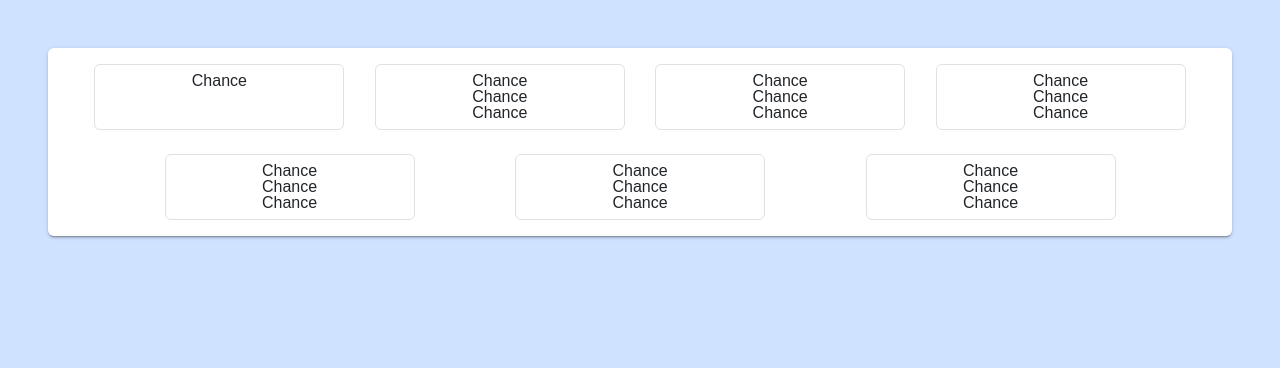
Repository: chancellor-w-whitaker/bec-tab
Page: /
The author's editor kept a copy of each file at every save. The page is drawn from the files as they stood at one save, then again after the next save.
The browser window is 1280 px wide. The pictures show the whole page.
Some web fonts or font styles are not loaded; a fallback is used. The project was rebuilt for these pictures with package versions that can differ from the ones it lists, and the page was loaded fresh each time. Also part of the build but not shown: vite.config.js.

Above is the page before, as saved 2024-01-07 00:12:01.

### src/main.jsx
// Bootstrap Bundle JS
import "bootstrap/dist/js/bootstrap.bundle.min";
// Bootstrap CSS
import "bootstrap/dist/css/bootstrap.min.css";
import ReactDOM from "react-dom/client";
import React from "react";

import App from "./App.jsx";
import "./index.css";

ReactDOM.createRoot(document.getElementById("root")).render(
  <React.StrictMode>
    <App />
  </React.StrictMode>
);

### src/App.jsx
import { useEffect } from "react";

import "./App.css";

const useBodyBgVariant = (bgVariant = "body-tertiary") => {
  useEffect(() => {
    document.body.classList.add(`bg-${bgVariant}`);

    return () => {
      document.body.classList.remove(`bg-${bgVariant}`);
    };
  }, [bgVariant]);
};

const Card = ({
  children = (
    <>
      <div>Chance</div>
      <div>Chance</div>
      <div>Chance</div>
    </>
  ),
  width = 250,
}) => {
  return (
    <>
      <div className="rounded border p-2 lh-1 text-center" style={{ width }}>
        {children}
      </div>
    </>
  );
};

const App = () => {
  useBodyBgVariant("primary-subtle");

  return (
    <>
      <div className="m-3 p-3 bg-body rounded shadow-sm">
        <div className="d-flex flex-wrap justify-content-evenly row-gap-4">
          <Card>
            <div>Chance</div>
          </Card>
          <Card></Card>
          <Card></Card>
          <Card></Card>
          <Card></Card>
          <Card></Card>
          <Card></Card>
        </div>
      </div>
    </>
  );
};

export default App;

### src/index.css
@font-face {
  font-family: poppins;
  font-style: normal;
  font-weight: 400;
  src: local("Poppins"),
    url(https://fonts.cdnfonts.com/s/16009/Poppins-Regular.woff) format("woff");
}
@font-face {
  font-family: poppins;
  font-style: normal;
  font-weight: 400;
  src: local("Poppins"),
    url(https://fonts.cdnfonts.com/s/16009/Poppins-Regular.woff) format("woff");
}
@font-face {
  font-family: poppins;
  font-style: italic;
  font-weight: 400;
  src: local("Poppins"),
    url(https://fonts.cdnfonts.com/s/16009/Poppins-Italic.woff) format("woff");
}
@font-face {
  font-family: poppins;
  font-style: italic;
  font-weight: 400;
  src: local("Poppins"),
    url(https://fonts.cdnfonts.com/s/16009/Poppins-Italic.woff) format("woff");
}
@font-face {
  font-family: poppins;
  font-style: normal;
  font-weight: 250;
  src: local("Poppins"),
    url(https://fonts.cdnfonts.com/s/16009/Poppins-Thin.woff) format("woff");
}
@font-face {
  font-family: poppins;
  font-style: normal;
  font-weight: 250;
  src: local("Poppins"),
    url(https://fonts.cdnfonts.com/s/16009/Poppins-Thin.woff) format("woff");
}
@font-face {
  font-family: poppins;
  font-style: italic;
  font-weight: 250;
  src: local("Poppins"),
    url(https://fonts.cdnfonts.com/s/16009/Poppins-ThinItalic.woff)
      format("woff");
}
@font-face {
  font-family: poppins;
  font-style: italic;
  font-weight: 250;
  src: local("Poppins"),
    url(https://fonts.cdnfonts.com/s/16009/Poppins-ThinItalic.woff)
      format("woff");
}
@font-face {
  font-family: poppins;
  font-style: normal;
  font-weight: 275;
  src: local("Poppins"),
    url(https://fonts.cdnfonts.com/s/16009/Poppins-ExtraLight.woff)
      format("woff");
}
@font-face {
  font-family: poppins;
  font-style: normal;
  font-weight: 275;
  src: local("Poppins"),
    url(https://fonts.cdnfonts.com/s/16009/Poppins-ExtraLight.woff)
      format("woff");
}
@font-face {
  font-family: poppins;
  font-style: italic;
  font-weight: 275;
  src: local("Poppins"),
    url(https://fonts.cdnfonts.com/s/16009/Poppins-ExtraLightItalic.woff)
      format("woff");
}
@font-face {
  font-family: poppins;
  font-style: italic;
  font-weight: 275;
  src: local("Poppins"),
    url(https://fonts.cdnfonts.com/s/16009/Poppins-ExtraLightItalic.woff)
      format("woff");
}
@font-face {
  font-family: poppins;
  font-style: normal;
  font-weight: 300;
  src: local("Poppins"),
    url(https://fonts.cdnfonts.com/s/16009/Poppins-Light.woff) format("woff");
}
@font-face {
  font-family: poppins;
  font-style: normal;
  font-weight: 300;
  src: local("Poppins"),
    url(https://fonts.cdnfonts.com/s/16009/Poppins-Light.woff) format("woff");
}
@font-face {
  font-family: poppins;
  font-style: italic;
  font-weight: 300;
  src: local("Poppins"),
    url(https://fonts.cdnfonts.com/s/16009/Poppins-LightItalic.woff)
      format("woff");
}
@font-face {
  font-family: poppins;
  font-style: italic;
  font-weight: 300;
  src: local("Poppins"),
    url(https://fonts.cdnfonts.com/s/16009/Poppins-LightItalic.woff)
      format("woff");
}
@font-face {
  font-family: poppins;
  font-style: normal;
  font-weight: 500;
  src: local("Poppins"),
    url(https://fonts.cdnfonts.com/s/16009/Poppins-Medium.woff) format("woff");
}
@font-face {
  font-family: poppins;
  font-style: normal;
  font-weight: 500;
  src: local("Poppins"),
    url(https://fonts.cdnfonts.com/s/16009/Poppins-Medium.woff) format("woff");
}
@font-face {
  font-family: poppins;
  font-style: italic;
  font-weight: 500;
  src: local("Poppins"),
    url(https://fonts.cdnfonts.com/s/16009/Poppins-MediumItalic.woff)
      format("woff");
}
@font-face {
  font-family: poppins;
  font-style: italic;
  font-weight: 500;
  src: local("Poppins"),
    url(https://fonts.cdnfonts.com/s/16009/Poppins-MediumItalic.woff)
      format("woff");
}
@font-face {
  font-family: poppins;
  font-style: normal;
  font-weight: 600;
  src: local("Poppins"),
    url(https://fonts.cdnfonts.com/s/16009/Poppins-SemiBold.woff) format("woff");
}
@font-face {
  font-family: poppins;
  font-style: normal;
  font-weight: 600;
  src: local("Poppins"),
    url(https://fonts.cdnfonts.com/s/16009/Poppins-SemiBold.woff) format("woff");
}
@font-face {
  font-family: poppins;
  font-style: italic;
  font-weight: 600;
  src: local("Poppins"),
    url(https://fonts.cdnfonts.com/s/16009/Poppins-SemiBoldItalic.woff)
      format("woff");
}
@font-face {
  font-family: poppins;
  font-style: italic;
  font-weight: 600;
  src: local("Poppins"),
    url(https://fonts.cdnfonts.com/s/16009/Poppins-SemiBoldItalic.woff)
      format("woff");
}
@font-face {
  font-family: poppins;
  font-style: normal;
  font-weight: 700;
  src: local("Poppins"),
    url(https://fonts.cdnfonts.com/s/16009/Poppins-Bold.woff) format("woff");
}
@font-face {
  font-family: poppins;
  font-style: normal;
  font-weight: 700;
  src: local("Poppins"),
    url(https://fonts.cdnfonts.com/s/16009/Poppins-Bold.woff) format("woff");
}
@font-face {
  font-family: poppins;
  font-style: italic;
  font-weight: 700;
  src: local("Poppins"),
    url(https://fonts.cdnfonts.com/s/16009/Poppins-BoldItalic.woff)
      format("woff");
}
@font-face {
  font-family: poppins;
  font-style: italic;
  font-weight: 700;
  src: local("Poppins"),
    url(https://fonts.cdnfonts.com/s/16009/Poppins-BoldItalic.woff)
      format("woff");
}
@font-face {
  font-family: poppins;
  font-style: normal;
  font-weight: 800;
  src: local("Poppins"),
    url(https://fonts.cdnfonts.com/s/16009/Poppins-ExtraBold.woff)
      format("woff");
}
@font-face {
  font-family: poppins;
  font-style: normal;
  font-weight: 800;
  src: local("Poppins"),
    url(https://fonts.cdnfonts.com/s/16009/Poppins-ExtraBold.woff)
      format("woff");
}
@font-face {
  font-family: poppins;
  font-style: italic;
  font-weight: 800;
  src: local("Poppins"),
    url(https://fonts.cdnfonts.com/s/16009/Poppins-ExtraBoldItalic.woff)
      format("woff");
}
@font-face {
  font-family: poppins;
  font-style: italic;
  font-weight: 800;
  src: local("Poppins"),
    url(https://fonts.cdnfonts.com/s/16009/Poppins-ExtraBoldItalic.woff)
      format("woff");
}
@font-face {
  font-family: poppins;
  font-style: normal;
  font-weight: 900;
  src: local("Poppins"),
    url(https://fonts.cdnfonts.com/s/16009/Poppins-Black.woff) format("woff");
}
@font-face {
  font-family: poppins;
  font-style: normal;
  font-weight: 900;
  src: local("Poppins"),
    url(https://fonts.cdnfonts.com/s/16009/Poppins-Black.woff) format("woff");
}
@font-face {
  font-family: poppins;
  font-style: italic;
  font-weight: 900;
  src: local("Poppins"),
    url(https://fonts.cdnfonts.com/s/16009/Poppins-BlackItalic.woff)
      format("woff");
}
@font-face {
  font-family: poppins;
  font-style: italic;
  font-weight: 900;
  src: local("Poppins"),
    url(https://fonts.cdnfonts.com/s/16009/Poppins-BlackItalic.woff)
      format("woff");
}

:root,
[data-bs-theme="light"] {
  --bs-font-sans-serif: "Poppins", sans-serif;

  --bs-box-shadow: 0px 3px 3px -2px rgba(0, 0, 0, 0.2),
    0px 3px 4px 0px rgba(0, 0, 0, 0.14), 0px 1px 8px 0px rgba(0, 0, 0, 0.12);
  --bs-box-shadow-sm: 0px 3px 1px -2px rgba(0, 0, 0, 0.2),
    0px 2px 2px 0px rgba(0, 0, 0, 0.14), 0px 1px 5px 0px rgba(0, 0, 0, 0.12);
  --bs-box-shadow-lg: 0px 2px 4px -1px rgba(0, 0, 0, 0.2),
    0px 4px 5px 0px rgba(0, 0, 0, 0.14), 0px 1px 10px 0px rgba(0, 0, 0, 0.12);
}

Loaded but not shown: index.html (common file); src/App.css (common file)

After the next save:
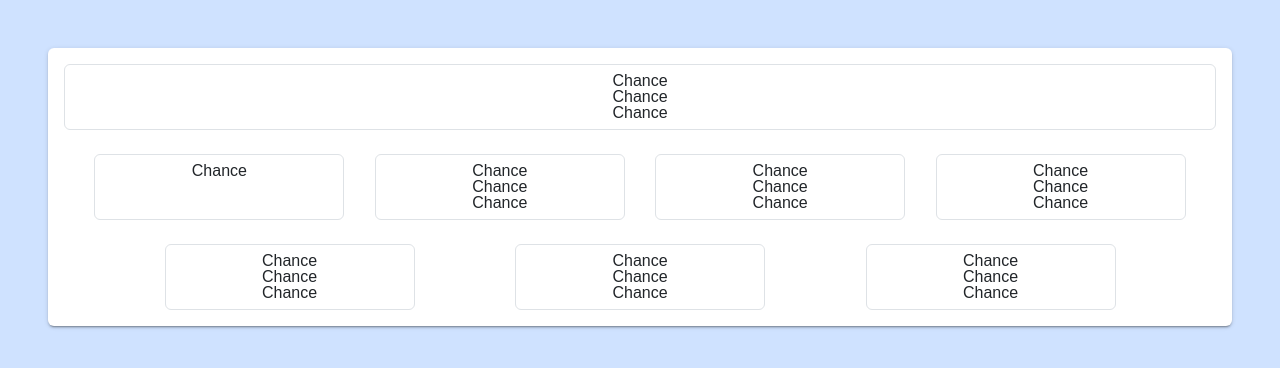
Saved 14 s later.
--- a/src/App.jsx
+++ b/src/App.jsx
@@ -38,6 +38,7 @@ const App = () => {
     <>
       <div className="m-3 p-3 bg-body rounded shadow-sm">
         <div className="d-flex flex-wrap justify-content-evenly row-gap-4">
+          <Card width={`100%`}></Card>
           <Card>
             <div>Chance</div>
           </Card>
